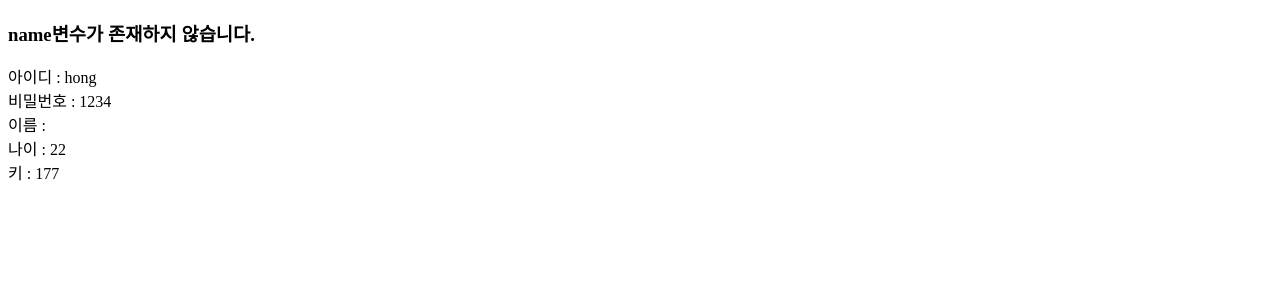
Repository: leehojun95/HJ-Developer
Page: http://localhost/webShop/sec14/test03/member4.jsp
These files come from the project's save history. The page is drawn as it stood at one moment and after the next save; the edit follows.
The browser window is 1280 px wide. The pictures show the whole page.
The page is served by Tomcat 9.

Above is the page before, as saved 2024-04-25 03:47:41.

After the next save:
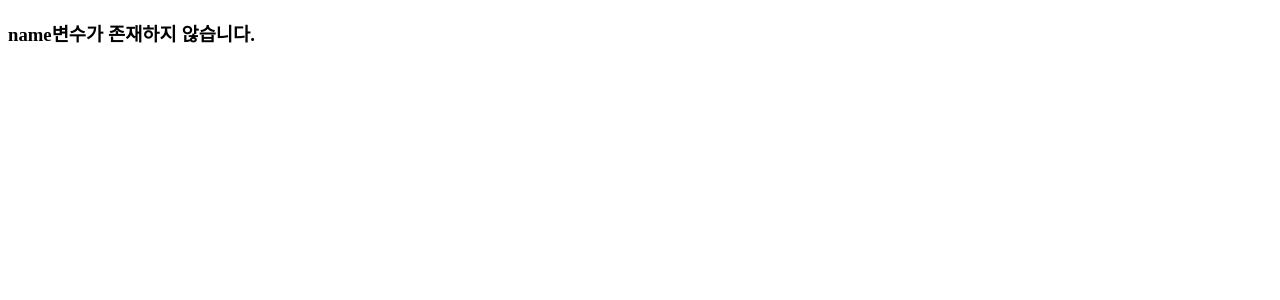
Saved 2 min 4 s later.
--- a/webShop/src/main/webapp/sec14/test03/member4.jsp
+++ b/webShop/src/main/webapp/sec14/test03/member4.jsp
@@ -23,11 +23,14 @@
 <c:when test="${empty name }"> 		<!-- name이 null이거나 빈문자열인지 체크 -->
 	<h3>name변수가 존재하지 않습니다.</h3>
 </c:when>
-</c:choose>
+<c:otherwise>
 아이디 : ${id }<br>
 비밀번호 : ${pwd }<br>
 이름 : ${name }<br>
 나이 : ${age }<br>
 키 : ${height }<br>
+</c:otherwise>
+</c:choose>
+
 </body>
 </html>
